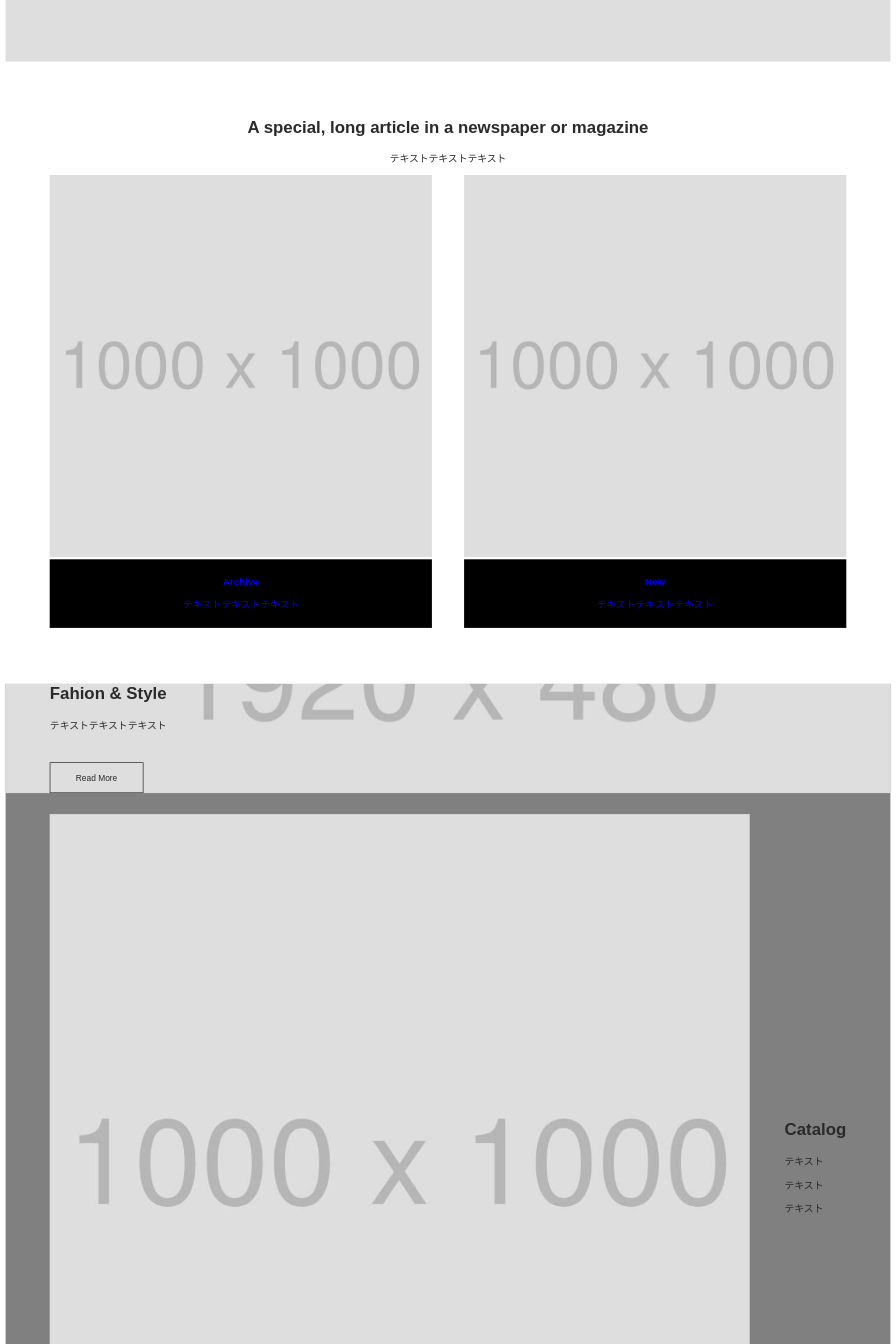
Repository: Fuki-san/bookstore
Page: http://localhost/book
An editor plug-in stored every save of this project. The page is shown before and after the next save, followed by the edit.
The browser window is 1280 px wide. The pictures show the part of the page from y = 640 to 2560 px (the page is 3980 px tall before and 3991 px after), at 70% of full size.
The page is served by the project's Laravel application, run on PHP 8.4 with Laravel 10. Other server files are loaded and not shown.

Above is the page before, as saved 2023-11-21 13:49:04.

### routes/web.php
<?php

use Illuminate\Support\Facades\Route;

/*
|--------------------------------------------------------------------------
| Web Routes
|--------------------------------------------------------------------------
|
| Here is where you can register web routes for your application. These
| routes are loaded by the RouteServiceProvider and all of them will
| be assigned to the "web" middleware group. Make something great!
|
*/

Route::get('/', function () {
    return view('welcome');
});

Route::get('book', function() {
    return view('bookstore');
})->name('book');

### resources/views/bookstore.blade.php
@extends('layouts.main')

@section('title', 'bookstore')

@section('content')
    <header id="header">
        <h1 class="site-title"><a href="#"><img src="img/logo.svg"></a></h1>
    </header>

    <main>
        <section class="wrapper" id="magazine">
            <h2 class="sec-title">A special, long article in a newspaper or magazine</h2>
            <p>テキストテキストテキスト</p>
            <div class="flex-item">
                <a href="#" class="item"><img src="img/magazine-archive.jpg"><div class="text"><p class="title">Archive</p><p>テキストテキストテキスト</p></div></a>
                <a href="#" class="item"><img src="img/magazine-new.jpg"><div class="text"><p class="title">New</p><p>テキストテキストテキスト</p></div></a>
            </div>
        </section>
        <section class="wrapper" id="fashion">
            <h2 class="sec-title">Fahion & Style</h2>
            <p>テキストテキストテキスト</p>
            <a href="#" class="btn">Read More</a>
        </section>
        <section id="catalog-antique">
            <div class="flex-item wrapper">
                <div class="item">
                    <img src="img/catalog.jpg">
                </div>
                <div class="item">
                    <h2 class="sec-title">Catalog</h2>
                    <p>テキスト</p>
                    <p>テキスト</p>
                    <p>テキスト</p>
                </div>
            </div>
        </section>

        <section id="catalog-antique">
            <div class="flex-item wrapper">
                <div class="item">
                    <h2 class="sec-title">Antique</h2>
                    <p>テキストテキストテキスト</p>
                    <p>テキストテキストテキスト</p>
                    <a href="#" class="btn">Read More</a>
                </div>
                <div class="item">
                    <img src="img/antique.jpg">
                </div>
            </div>
        </section>
    </main>

    <footer id="footer">
        <div class="flex-item wrapper">
            <div class="item"><a href="#"><img src="img/logo.svg"></a></div>
            <div class="item">
                <p class="title">タイトル</p>
                <ul>
                    <li>テキストテキストテキスト</li>
                    <li>テキストテキストテキスト</li>
                    <li>テキストテキストテキスト</li>
                </ul>
            </div>
            <div class="item">
                <p>テキストテキストテキストテキストテキスト</p>
            </div>
        </div>
        <p class="copyright">&copy; Mag88</p>
    </footer>
@endsection

### resources/views/layouts/main.blade.php
<!DOCTYPE html>
<html lang="ja">
<head>
    <meta charset="UTF-8">
    <meta name="viewport" content="width=device-width, initial-scale=1.0">
    <meta http-equiv="X-UA-Compatible" content="ie=edge">
    <link rel="stylesheet" href="{{ asset('css/reset.css') }}">
    <link rel="stylesheet" href="{{ asset('css/style.css') }}">
    <link rel="icon" href="img/favicon.ico">
    <title>@yield('title')</title>
</head>
<body>
    @yield('content')
</body>
</html>

### public/css/style.css
@charset "utf-8";

html{
    font-size: 100%;
}
body{
    font-size: 0.875rem;
    color: #2a2a2a;
    font-family: "Arial", "Hiragino Sans", "Hiragino Kaku Gothic ProN", "Meiryo", sans-serif;
}
a{
    text-decoration: none;
}
a:hover{
    opacity: 0.7;
}
img{
    max-width: 100%;
}
li{
    list-style: none;
}
/* content */
.wrapper{
    padding: 0 5%;
    margin: 0 auto;
    max-width: 1200px;
}
.sec-title{
    font-size: 1.5rem;
    margin-bottom: 20px;
}
/* btn */

.btn{
    padding: 14px 36px;
    border: solid 1px #2a2a2a;
    color: #2a2a2a;
    display: inline-block;
    font-size: 0.750rem;
    margin-top: 30px;
}
/* ヘッダー */

#header{
    background-image: url(../img/mainvisual.jpg);
    background-position: center top;
    background-repeat: no-repeat;
    background-size: cover;
    position: relative;
    margin-bottom: 80px;
    height: 100vh;
}
#header .site-title{
    position: absolute;
    top: 30px;
    right: 30px;
}

.flex-item{
    display: flex;
    justify-content: space-between;
    align-items: center;
}
/* magazine */
#magazine{
    text-align: center;
    margin-bottom: 80px;
}


#magazine .flex-item .item{
    width: 48%;
}
#magazine .text{
    background-color: black;
    text-align: center;
    padding: 10px 15px;
}
#magazine .title{
    font-weight: bold;
}
#fashion{
    background-image: url(../img/fashion.jpg);
    background-position: center bottom;
    background-repeat: no-repeat;
    background-size: cover;
    background-color: gray;
}

#catalog-antique{
    background-color: gray;
    padding-top: 30px;
}
#footer{
    background-color: #242424;
}
#footer .item{
    width: 32%;
}

.copyright{
    background-color: #fff;
    text-align: center;
}

### public/img/logo.svg
<?xml version="1.0" encoding="utf-8"?>
<!-- Generator: Adobe Illustrator 15.1.0, SVG Export Plug-In . SVG Version: 6.00 Build 0)  -->
<!DOCTYPE svg PUBLIC "-//W3C//DTD SVG 1.1//EN" "http://www.w3.org/Graphics/SVG/1.1/DTD/svg11.dtd">
<svg version="1.1" id="レイヤー_1" xmlns="http://www.w3.org/2000/svg" xmlns:xlink="http://www.w3.org/1999/xlink" x="0px"
	 y="0px" width="120px" height="40px" viewBox="0 0 120 40" enable-background="new 0 0 120 40" xml:space="preserve">
<text transform="matrix(1 0 0 1 11.667 -25.8213)" fill="#2B3137" font-family="'Arial-BoldMT'" font-size="31.8021">Mag88</text>
<rect fill="#2A2A2A" width="120" height="40"/>
<g>
	<path fill="#FFFFFF" d="M13.351,29.333V6.568h6.879l4.13,15.529l4.084-15.529h6.895v22.765h-4.271v-17.92l-4.519,17.92h-4.425
		l-4.503-17.92v17.92H13.351z"/>
	<path fill="#FFFFFF" d="M43.134,17.872l-3.96-0.714c0.445-1.595,1.211-2.774,2.299-3.54c1.087-0.766,2.701-1.149,4.845-1.149
		c1.946,0,3.396,0.23,4.348,0.69c0.952,0.461,1.623,1.047,2.011,1.756c0.389,0.709,0.582,2.01,0.582,3.904l-0.046,5.094
		c0,1.449,0.069,2.518,0.21,3.207c0.139,0.688,0.4,1.426,0.783,2.213h-4.316c-0.113-0.29-0.254-0.72-0.419-1.289
		c-0.073-0.259-0.124-0.43-0.155-0.513c-0.746,0.725-1.543,1.269-2.392,1.63c-0.849,0.363-1.755,0.544-2.718,0.544
		c-1.697,0-3.035-0.46-4.014-1.382s-1.467-2.086-1.467-3.494c0-0.932,0.222-1.762,0.667-2.492c0.444-0.73,1.069-1.289,1.871-1.677
		c0.802-0.389,1.959-0.728,3.471-1.018c2.039-0.383,3.452-0.739,4.239-1.071v-0.435c0-0.839-0.207-1.437-0.621-1.794
		s-1.195-0.535-2.345-0.535c-0.776,0-1.382,0.152-1.817,0.458C43.755,16.571,43.403,17.106,43.134,17.872z M48.973,21.413
		c-0.559,0.187-1.444,0.409-2.655,0.668c-1.212,0.259-2.003,0.512-2.376,0.761c-0.569,0.403-0.854,0.916-0.854,1.537
		c0,0.61,0.227,1.14,0.683,1.584c0.456,0.445,1.035,0.667,1.739,0.667c0.787,0,1.537-0.258,2.252-0.775
		c0.527-0.394,0.875-0.875,1.04-1.444c0.114-0.373,0.171-1.081,0.171-2.128V21.413z"/>
	<path fill="#FFFFFF" d="M57.157,30.419l4.984,0.605c0.083,0.58,0.274,0.979,0.574,1.196c0.414,0.311,1.066,0.466,1.957,0.466
		c1.139,0,1.992-0.171,2.563-0.512c0.383-0.229,0.673-0.596,0.869-1.104c0.135-0.362,0.202-1.029,0.202-2.003v-2.407
		c-1.304,1.781-2.95,2.672-4.938,2.672c-2.215,0-3.97-0.938-5.264-2.811c-1.015-1.48-1.521-3.324-1.521-5.529
		c0-2.764,0.664-4.875,1.995-6.335c1.33-1.46,2.983-2.189,4.962-2.189c2.039,0,3.721,0.896,5.046,2.687v-2.314h4.084V27.64
		c0,1.946-0.161,3.4-0.481,4.363s-0.771,1.719-1.351,2.268c-0.58,0.549-1.354,0.979-2.321,1.289
		c-0.969,0.311-2.192,0.466-3.673,0.466c-2.795,0-4.778-0.479-5.947-1.437c-1.17-0.957-1.755-2.172-1.755-3.642
		C57.141,30.802,57.147,30.626,57.157,30.419z M61.054,20.745c0,1.75,0.339,3.031,1.017,3.844c0.679,0.813,1.515,1.219,2.508,1.219
		c1.066,0,1.967-0.416,2.703-1.25c0.734-0.834,1.102-2.068,1.102-3.703c0-1.709-0.352-2.977-1.056-3.805s-1.595-1.242-2.671-1.242
		c-1.045,0-1.907,0.406-2.586,1.219C61.393,17.839,61.054,19.079,61.054,20.745z"/>
	<path fill="#FFFFFF" d="M79.797,17.05c-1.129-0.477-1.949-1.131-2.462-1.965c-0.513-0.833-0.769-1.746-0.769-2.74
		c0-1.697,0.593-3.101,1.778-4.208c1.185-1.107,2.87-1.662,5.054-1.662c2.164,0,3.844,0.554,5.039,1.662
		c1.196,1.108,1.794,2.511,1.794,4.208c0,1.056-0.274,1.995-0.823,2.818c-0.549,0.822-1.32,1.451-2.313,1.887
		c1.263,0.508,2.224,1.248,2.88,2.221c0.658,0.973,0.986,2.096,0.986,3.369c0,2.102-0.67,3.811-2.011,5.125
		s-3.124,1.972-5.349,1.972c-2.071,0-3.795-0.544-5.172-1.63c-1.625-1.284-2.438-3.045-2.438-5.28c0-1.231,0.305-2.362,0.916-3.394
		C77.52,18.403,78.482,17.608,79.797,17.05z M80.293,22.407c0,1.201,0.309,2.138,0.924,2.811c0.616,0.673,1.385,1.01,2.307,1.01
		c0.9,0,1.646-0.324,2.236-0.971c0.59-0.647,0.885-1.582,0.885-2.803c0-1.066-0.301-1.924-0.9-2.57
		c-0.602-0.646-1.361-0.971-2.283-0.971c-1.066,0-1.861,0.367-2.383,1.103C80.555,20.751,80.293,21.548,80.293,22.407z
		 M80.698,12.655c0,0.869,0.246,1.547,0.737,2.034c0.491,0.486,1.146,0.729,1.964,0.729c0.828,0,1.491-0.246,1.988-0.737
		s0.745-1.173,0.745-2.042c0-0.818-0.246-1.473-0.737-1.965c-0.492-0.491-1.142-0.737-1.949-0.737c-0.838,0-1.506,0.249-2.003,0.745
		C80.946,11.18,80.698,11.837,80.698,12.655z"/>
	<path fill="#FFFFFF" d="M97.484,17.05c-1.128-0.477-1.948-1.131-2.462-1.965c-0.512-0.833-0.768-1.746-0.768-2.74
		c0-1.697,0.592-3.101,1.777-4.208c1.186-1.107,2.871-1.662,5.055-1.662c2.164,0,3.844,0.554,5.039,1.662
		c1.195,1.108,1.793,2.511,1.793,4.208c0,1.056-0.273,1.995-0.822,2.818c-0.549,0.822-1.32,1.451-2.314,1.887
		c1.264,0.508,2.224,1.248,2.881,2.221c0.658,0.973,0.986,2.096,0.986,3.369c0,2.102-0.67,3.811-2.012,5.125
		c-1.34,1.314-3.123,1.972-5.349,1.972c-2.071,0-3.794-0.544-5.171-1.63c-1.625-1.284-2.438-3.045-2.438-5.28
		c0-1.231,0.305-2.362,0.916-3.394C95.207,18.403,96.168,17.608,97.484,17.05z M97.981,22.407c0,1.201,0.308,2.138,0.924,2.811
		c0.615,0.673,1.385,1.01,2.307,1.01c0.9,0,1.646-0.324,2.235-0.971c0.591-0.647,0.886-1.582,0.886-2.803
		c0-1.066-0.301-1.924-0.901-2.57s-1.361-0.971-2.282-0.971c-1.066,0-1.861,0.367-2.384,1.103S97.981,21.548,97.981,22.407z
		 M98.385,12.655c0,0.869,0.245,1.547,0.736,2.034c0.492,0.486,1.146,0.729,1.965,0.729c0.828,0,1.49-0.246,1.988-0.737
		c0.496-0.491,0.744-1.173,0.744-2.042c0-0.818-0.246-1.473-0.736-1.965c-0.492-0.491-1.143-0.737-1.949-0.737
		c-0.839,0-1.506,0.249-2.004,0.745C98.633,11.18,98.385,11.837,98.385,12.655z"/>
</g>
</svg>

After the next save:
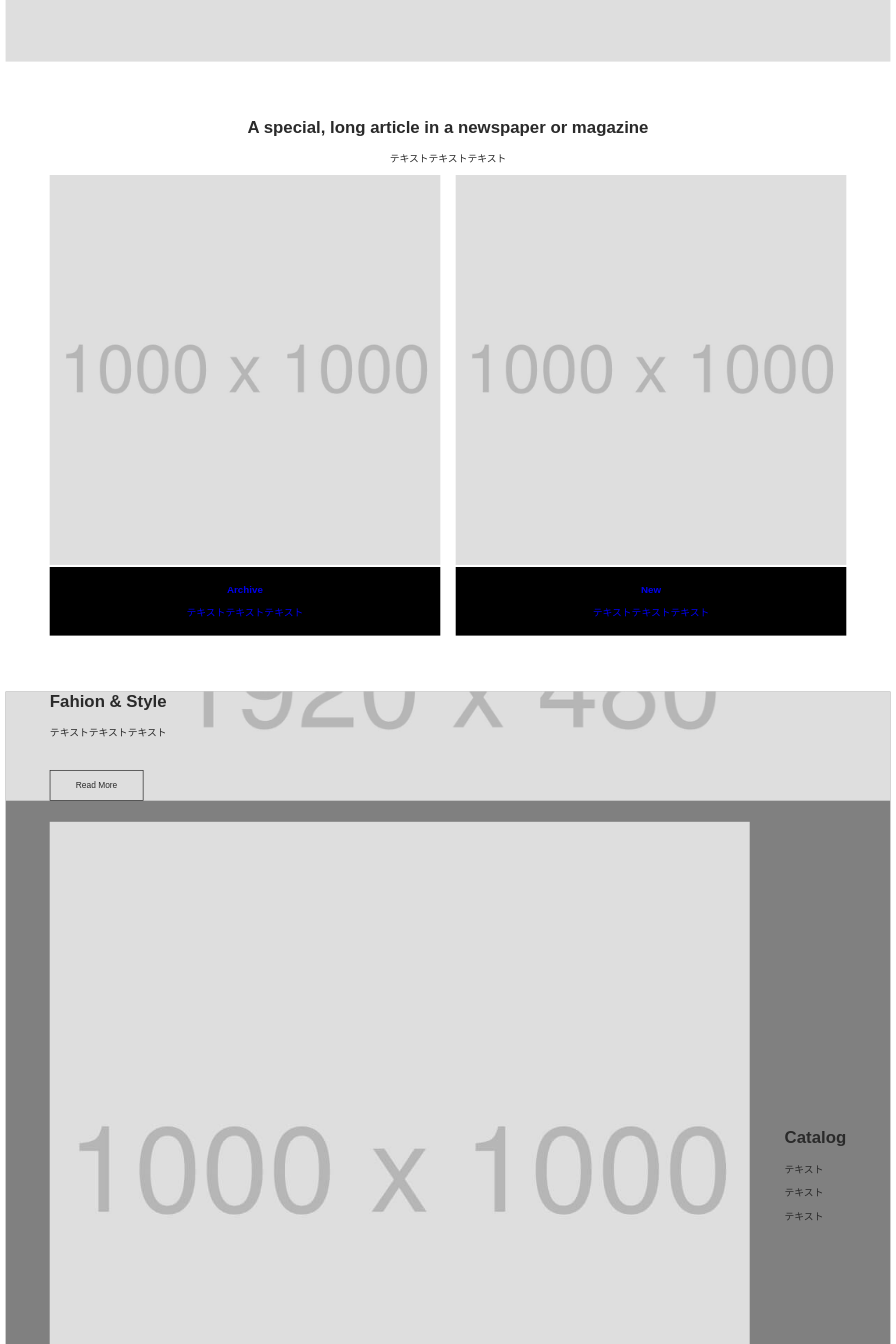
Saved 15 s later.
--- a/public/css/style.css
+++ b/public/css/style.css
@@ -70,7 +70,7 @@ li{
 
 
 #magazine .flex-item .item{
-    width: 48%;
+    width: 49%;
 }
 #magazine .text{
     background-color: black;
